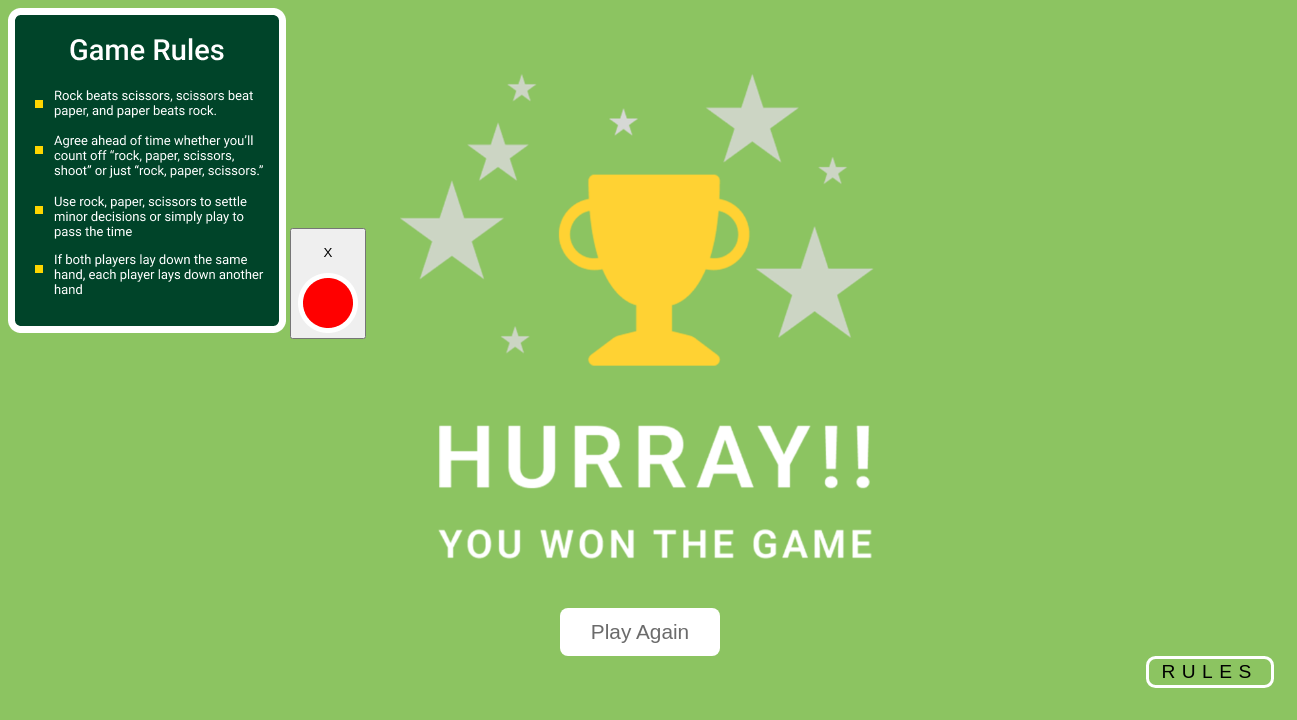
Repository: drumsmanku/Major-module-project-1
Page: hurray.html
The author's editor kept a copy of each file at every save. The page is drawn from the files as they stood at one save, then again after the next save.
The browser window is 1280 px wide. The page is 1280 px wide, then 1297 px, so the pictures cover 1297 px, including what lies to the right of the window. The pictures show the whole page.

Above is the page before, as saved 2023-05-01 00:07:09.

### hurray.html
<!DOCTYPE html>
<html lang="en">
<head>
  <meta charset="UTF-8">
  <meta http-equiv="X-UA-Compatible" content="IE=edge">
  <meta name="viewport" content="width=device-width, initial-scale=1.0">
  <title>Won</title>
  <style>
    body{
      background-color: #8CC461;
      position: relative;
    }
    .container{
      display: flex;
      flex-direction: column;
      align-items: center;
      justify-content: center;
    }
    .container img{
      width: 70vh;
      margin-bottom: 3rem;
      margin-top: 3rem;
    }
    .play-again{
      background-color: white;
      border: none;
      color: #6B6B6B;
      width: 10rem;
      height: 3rem;
      font-size: 1.3rem;
      border-radius: 0.5rem;
      cursor: pointer;
    }
    #rule-btn{
      background: none;
      border: 3px solid white;
      border-radius: 0.6rem;
      height: 2rem;
      width: 8rem;
      font-size:1.2rem;
      letter-spacing: 0.4rem;
      cursor: pointer;
      z-index: 999;
      position: absolute;
      left: 90%;
      /* bottom: -5rem; */
    }
    .second-second-main-container{
      position: absolute;
      top: 0;
    }

  </style>
</head>
<body>
  <div class="container">
    <img src="hurray.png" alt="">
    <button id="play-again" class="play-again" onclick="location.href='index.html'">Play Again</button>
  </div>
  <div class="second-second-main-container">
    <div class="img-container">
      <img id="rules-img" src="4.png" alt="">
      <button id="my-btn">
        <p>X</p><img src="x.png" alt="">
      </button>
    </div>
  </div>
  <button id="rule-btn">RULES</button>
</body>
</html>

After the next save:
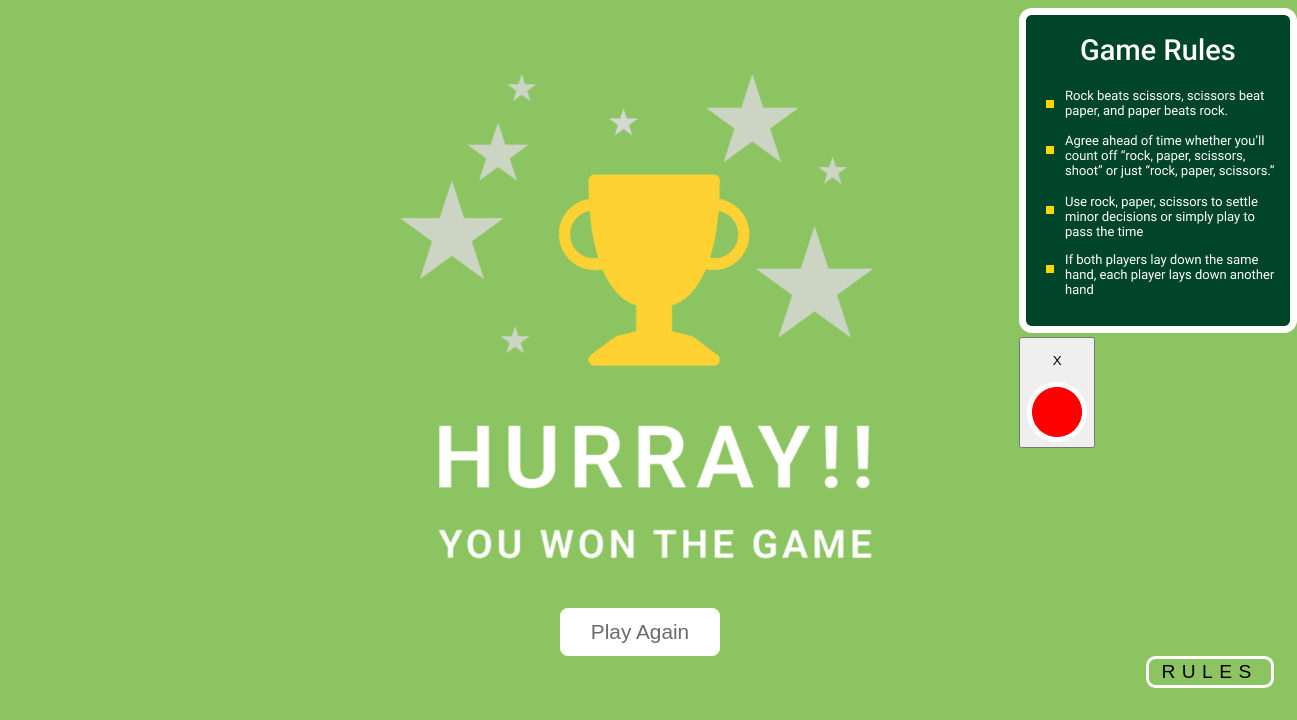
Saved 19 s later.
--- a/hurray.html
+++ b/hurray.html
@@ -48,6 +48,7 @@
     .second-second-main-container{
       position: absolute;
       top: 0;
+      left: 80%;
     }
 
   </style>
